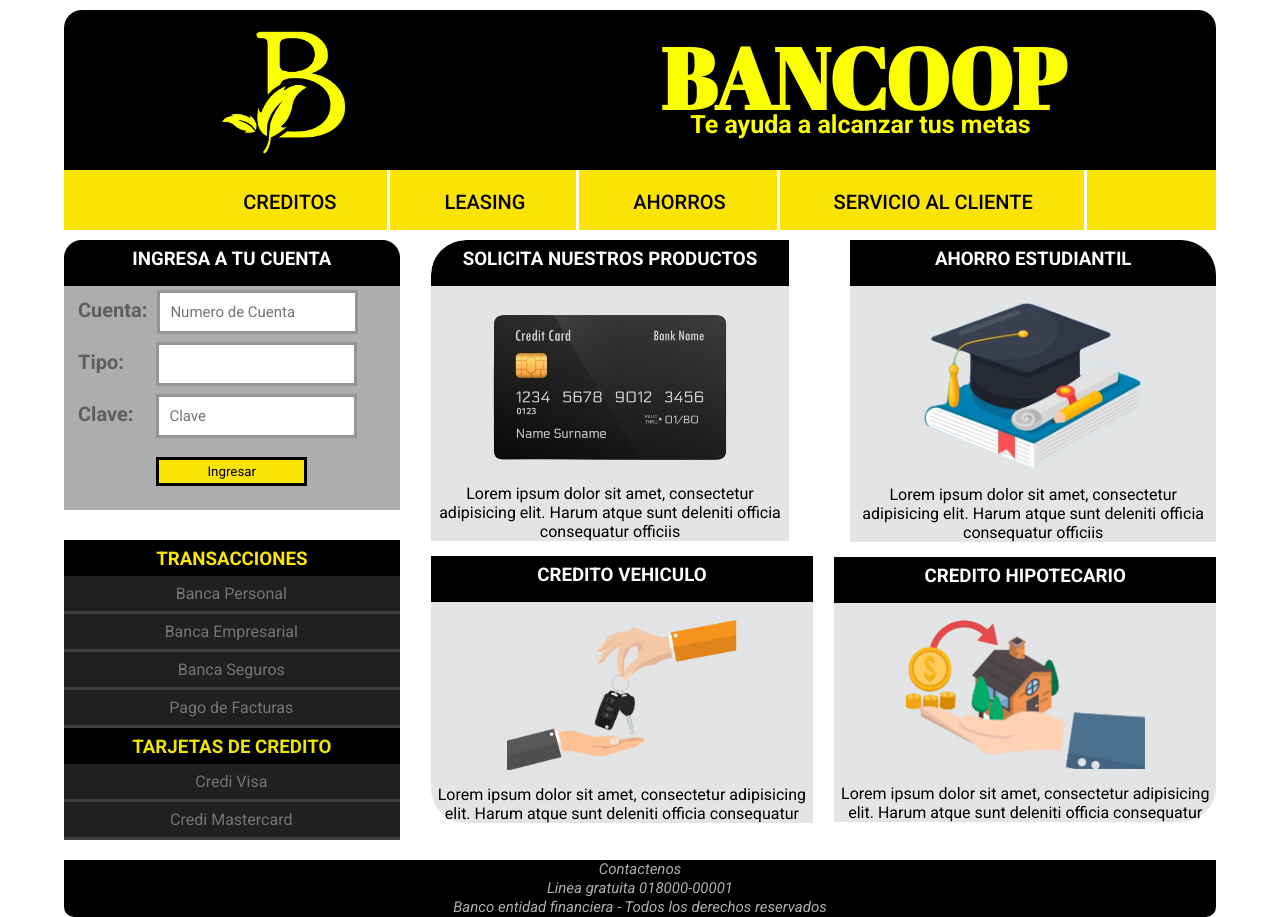
Repository: NickArregoces/BANCOOP
Page: Index.html
The author's editor kept a copy of each file at every save. The page is drawn from the files as they stood at one save, then again after a run of saves.
The browser window is 1280 px wide. The pictures show the whole page.

Above is the page before, as saved 2021-10-15 11:03:06.

### Index.html
<!DOCTYPE html>
<html lang="en">
<head>
    <meta charset="UTF-8">
    <meta http-equiv="X-UA-Compatible" content="IE=edge">
    <meta name="viewport" content="width=device-width, initial-scale=1.0">
    <title>BANCOOP Home</title>
    <bgsound src="musica.mid"></bgsound>
    <link rel="stylesheet" href="/CSS/Style.css">
    <link href="https://fonts.googleapis.com/css2?family=Roboto:ital,wght@0,100;0,300;0,400;0,500;0,700;0,900;1,100;1,300;1,400;1,500;1,700;1,900&display=swap" rel="stylesheet">
    <link rel="preconnect" href="https://fonts.googleapis.com">
    <link rel="preconnect" href="https://fonts.gstatic.com" crossorigin>
    <link href="https://fonts.googleapis.com/css2?family=Abril+Fatface&display=swap" rel="stylesheet">

</head>
<body>
    <header>
            <div class="image">
                <img src="/Images/logo1.png" alt="logo">
            </div>
            <div class="title" >
                <h1>BANCOOP</h1>
                <h3>Te ayuda a alcanzar tus metas</h3>
            </div>

    </header>

    <nav class="barra"></nav>

            <div class="navegador">
                <ul class="menu">
                    <li><a href="/Creditos.html">Creditos</a></li>
                    <li><a href="/Leasing.html">leasing</a></li>
                    <li><a href="/Ahorros.html">Ahorros</a></li>
                    <li><a href="/Servicio.html">Servicio al cliente</a></li>
                </ul>
            </div>


            <div class="section">
                <form action="" class="login">
                    <h3 style="color: rgb(255, 255, 255);">INGRESA A TU CUENTA</h3>
                        <div class="cuenta">
                            <h4>Cuenta:<input type="number" placeholder="Numero de Cuenta" required></h4>
                        </div>

                        <div class="tipo">
                            <h4>Tipo:<input type="text" required></h4>
                        </div>

                        <div class="clave">
                            <h4>Clave:<input type="password" placeholder="Clave" required></h4>
                        </div>

                    <div class="center">
                        <button class="sumbit"> Ingresar </button>
                    </div>

                </form>

                <article class="opciones">
                    <h3 style="color: rgb(255, 230, 0);">TRANSACCIONES</h3>
                    <li><a href="#">Banca Personal</a></li>
                    <li><a href="#">Banca Empresarial</a></li>
                    <li><a href="#">Banca Seguros</a></li>
                    <li><a href="#">Pago de Facturas</a></li>

                    <h3 style="color: rgb(238, 230, 0);">TARJETAS DE CREDITO</h3>
                    <li><a href="#">Credi Visa</a></li>
                    <li><a href="#">Credi Mastercard</a></li>
                </article>
            </div>
            <div class="Contenido">
                <aside>
                    <div class="solicita">
                        <h3 style="color: rgb(255, 255, 255);">SOLICITA NUESTROS PRODUCTOS</h3>

                        <div id="Prueba">
                        <img id="Prubea" src="/Images/credit.png" alt="">
                        </div>

                        <p>Lorem ipsum dolor sit amet, consectetur adipisicing elit.
                            Harum atque sunt deleniti officia consequatur officiis</p>
                    </div>

                    <div class="ahorro">
                        <h3 style="color: rgb(255, 255, 255);">AHORRO ESTUDIANTIL</h3>

                        <div id="Prueba">
                        <img id="Prubea" src="/Images/Captura de pantalla 2021-10-04 181948.png" alt="">
                        </div>

                        <p>Lorem ipsum dolor sit amet, consectetur adipisicing elit.
                            Harum atque sunt deleniti officia consequatur officiis</p>
                    </div>

                    <div class="credito">
                        <h3 style="color: rgb(255, 255, 255);">CREDITO VEHICULO</h3>

                        <div id="Prueba">
                        <img id="Prubea" src="/Images/Captura de pantalla 2021-10-04 192824.png" alt="">
                        </div>

                        <p>Lorem ipsum dolor sit amet, consectetur adipisicing elit.
                            Harum atque sunt deleniti officia consequatur</p>
                    </div>
                    <div class="hipotecario">
                        <h3 style="color: rgb(255, 255, 255);">CREDITO HIPOTECARIO</h3>

                        <div id="Prueba">
                        <img id="Prubea" src="/Images/Wallpaper(80).jpg" alt="">
                        </div>

                        <p>Lorem ipsum dolor sit amet, consectetur adipisicing elit.
                            Harum atque sunt deleniti officia consequatur </p>
                    </div>
                </aside>
            </div>
            <footer>
                    <p>Contactenos</p>
                    <p>Linea gratuita 018000-00001</p>
                    <p>Banco entidad financiera
                    - Todos los derechos reservados</p>
            </footer>

        </div>

</body>
</html>

### CSS/Style.css

*{
    margin: 0 auto;
    padding: 0;
    list-style:none;
    font-family: 'Roboto', sans-serif;
}
body{
    font-family: Arial, Helvetica, sans-serif;
    background: rgb(255, 255, 255);
    width: 90%;
    color: rgb(0, 0, 0);
}
header{
    display: flex;
    justify-content: space-around;
    padding: 10px 0px;
    margin-top: 10px;
    background:rgb(0, 0, 0);
    border-top-left-radius:  18px;
    border-top-right-radius:  18px;
    height: 120px;
}
    /*Logo*/
    .image img{
        width: 130px;
        cursor: pointer;
        margin: auto;
        margin-top: 5px;
    }
    header .title h1{
        width: 400px;
        height: 90px;
        margin-left: auto;
        font-family: 'Abril Fatface', cursive;
        font-size: 85px;
        text-align: center;
        color: rgb(251, 255, 0);
    }

    header .title h3{
        width: 400px;
        margin-left: auto;
        font-size: 25px;
        text-align: center;
        color: rgb(251, 255, 0);
    }

nav.barra{
    background: rgb(0, 0, 0);
    height: 20px;
}
div.navegador{
    background: rgb(251, 227, 3);
    justify-content: space-around;
    align-items: center;
    display:flex
}
    ul.menu{
        border-bottom-left-radius: 20px 20px;
        border-bottom-right-radius: 20px 20px;
        background: rgb(251, 227, 3);
        height: 60px;
        list-style: none;
        padding: 0;
        max-width: 10000px;
    }
    .menu a{
        height: 20px;
        font-size: 20px;
        font-weight: 500;
        margin-right: 1px;
        text-transform: uppercase;
        text-decoration: none;
        color:black;
        padding: 20px;
        display: inline-block;
        transition: all 0.3s;
    }
    .menu li {
        border-right: solid white;
        display: inline-block;
        padding: 0px 30px;
        list-style: none;

        }
    .menu a:hover{
        background: #8d8405b6;
        color: white;
        border-radius: 10px;
        padding: 10px 18px;
        }

.section{
    width: 30%;
    float: left;
    display: flex;
    flex-flow: row wrap;
}
    /*Formulario Login*/
    form{
        background: rgb(173, 173, 173);
        border-top-left-radius: 18px;
        border-top-right-radius: 18px;
        margin-top: 10px;
        margin-right:10px;
        margin-bottom: 10px;
        width: 100%;
        height: 270px;
    }
        form h3{
            text-align: center;
            background: black;
            height: 30px;
            padding: 8px;
            border-top-left-radius: 18px;
            border-top-right-radius: 18px;
        }
        form h4{
            font-size: 20px;
            padding: 4px;
            margin-left: 10px;
            color: rgb(95, 93, 93);

        }
        form input{
            font-size: 15px;
            width: 55%;
            padding: 10px;
            display: inline;
            border: solid rgb(149, 149, 149);
            margin-left: 10px;
        }
        div.clave input {
            margin-left: 23px;
        }
        div.tipo input {
            margin-left: 32px;
        }
        div.center{
            margin-top: 10px;
            margin: auto;
            text-align: center;
            width: 50%;
            cursor: pointer;
        }
        button{
            margin-top: 15px;
            width: 90%;
            padding: 4px;
            background: rgb(251, 227, 3);
            border: solid black;
            cursor: pointer;
        }
        button:hover{
            background: #000000;
            color: rgb(251, 227, 3);
            border-radius: 8px;
        }
    /*Menu lateral*/
    article {
        width: 100%;
        height: 300px;
        background: rgb(32, 32, 32);
        margin-top: 20px;
        margin-right:10px;
        margin-bottom: 10px;
    }
        article h3{
            text-align: center;
            padding: 8px;
            height: 20px;
            background: black;
        }
        .opciones li a{
            font-size: 16px;
            margin-right: 1px;
            text-align: center;
            text-decoration: none;
            color:rgb(117, 117, 117);
            padding: 8px;
            display: inline-block;
        }
        .opciones li {
            border-bottom: solid rgba(68, 68, 68, 0.897);
            text-align: center;
            display:inline-flexbox;
            }
        .opciones li a:hover{
            background: #242323b6;
            color: rgb(251, 227, 3);
            padding: 10px;
            }

    /*Servicios*/

aside{
    width: 69%;
    height: 610px;
    margin-top: 10px;
    float: right;
    margin-bottom: 10px;
}
    div.solicita{
        width: 45%;
        float: left;
        border-top-left-radius: 35px;
        margin-left: 10px;
        background: #e3e4e5;
        text-align:center;
        overflow:hidden;
    }
    /*Centrado Imagenes aside*/
    #Prueba{
        display: flex;
        align-items: center;
        justify-content: center;
    }
        div.solicita img {
            width: 250px;
            margin-top: 15px;
            margin-bottom: 15px;
            cursor:pointer;
        }
        /*Efecto Imagenes aside*/
        aside img:hover{
            -webkit-transform:scale(1.1);
            transform:scale(1.1);
        }
        div.solicita h3{
            text-align: center;
            background: black;
            height: 30px;
            padding: 8px;
            border-top-left-radius: 35px;
        }
        div.solicita p{
            display: inline-block;
            text-align: center;
        }

    div.ahorro {
        width: 46%;
        float: right;
        border-top-right-radius: 35px;
        margin-left: 10px;
        background: #e3e4e5;
    }
        div.ahorro img {
            width: 220px;
            margin-top: 15px;
            margin-bottom: 15px;
            cursor:pointer;
        }
        div.ahorro h3{
            text-align: center;
            background: black;
            height: 30px;
            padding: 8px;
            border-top-right-radius: 35px;
        }
        div.ahorro p{
            display: inline-block;
            text-align: center;
        }

    div.credito {
        width: 48%;
        float: left;
        margin-top: 15px;
        border-bottom-left-radius: 35px;
        margin-left: 10px;
        background: #e3e4e5;
    }
        div.credito img {
            width: 230px;
            margin-top: 15px;
            margin-bottom: 15px;
            cursor:pointer;
        }
        div.credito h3{
            text-align: center;
            background: black;
            height: 30px;
            padding: 8px;
        }
        div.credito p{
            display: inline-block;
            text-align: center;
        }

    div.hipotecario {
        width: 48%;
        float: right;
        border-top-right-radius: 35px;
        border-bottom-right-radius: 35px;
        margin-top: 15px;
        background: #e3e4e5;
        }
            div.hipotecario img {
                width: 240px;
                margin-top: 15px;
                margin-bottom: 15px;
                cursor:pointer;
            }
            div.hipotecario h3{
                text-align: center;
                background: black;
                height: 30px;
                padding: 8px;
            }
            div.hipotecario p{
                display: inline-block;
                text-align: center;
            }

    /*Pie de Pagina*/
footer{
    background: black;
    clear: both;
    border-bottom-left-radius: 10px;
    border-bottom-right-radius: 10px;
}
    footer p{
        font-size: 15px;
        text-align: center;
        line-height: 15px;
        color: rgb(175, 174, 174);
        font-style:italic;
        padding: 2px;
    }

After the next 2 saves:
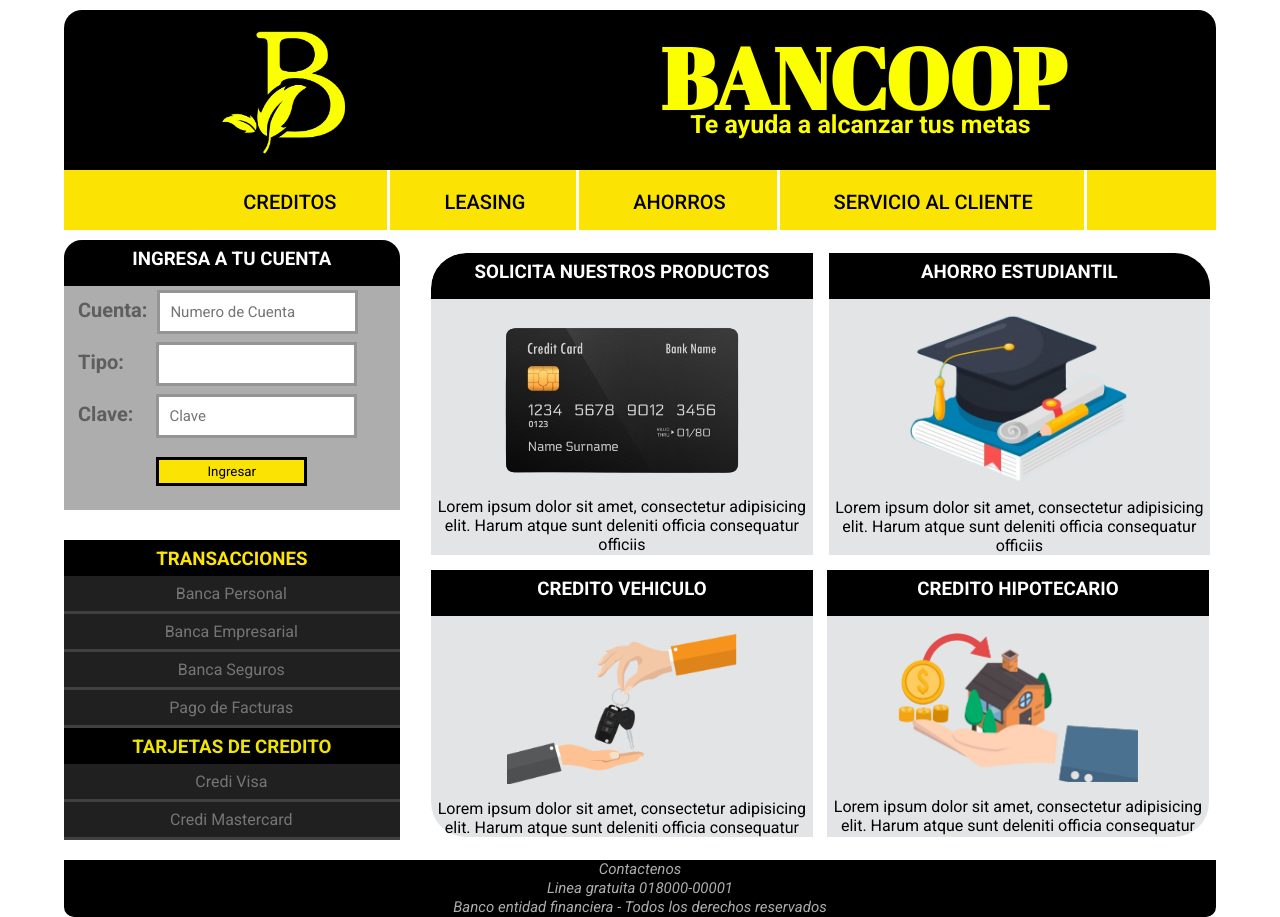
The 2 saves are shown as one change because they came seconds apart.
The last was saved 15 s later.
--- a/CSS/Style.css
+++ b/CSS/Style.css
@@ -200,9 +200,12 @@ aside{
     margin-top: 10px;
     float: right;
     margin-bottom: 10px;
+    display: flex;
+    flex-flow: row wrap;
+    align-content: center;
 }
     div.solicita{
-        width: 45%;
+        width: 48%;
         float: left;
         border-top-left-radius: 35px;
         margin-left: 10px;
@@ -240,7 +243,7 @@ aside{
         }
 
     div.ahorro {
-        width: 46%;
+        width: 48%;
         float: right;
         border-top-right-radius: 35px;
         margin-left: 10px;
